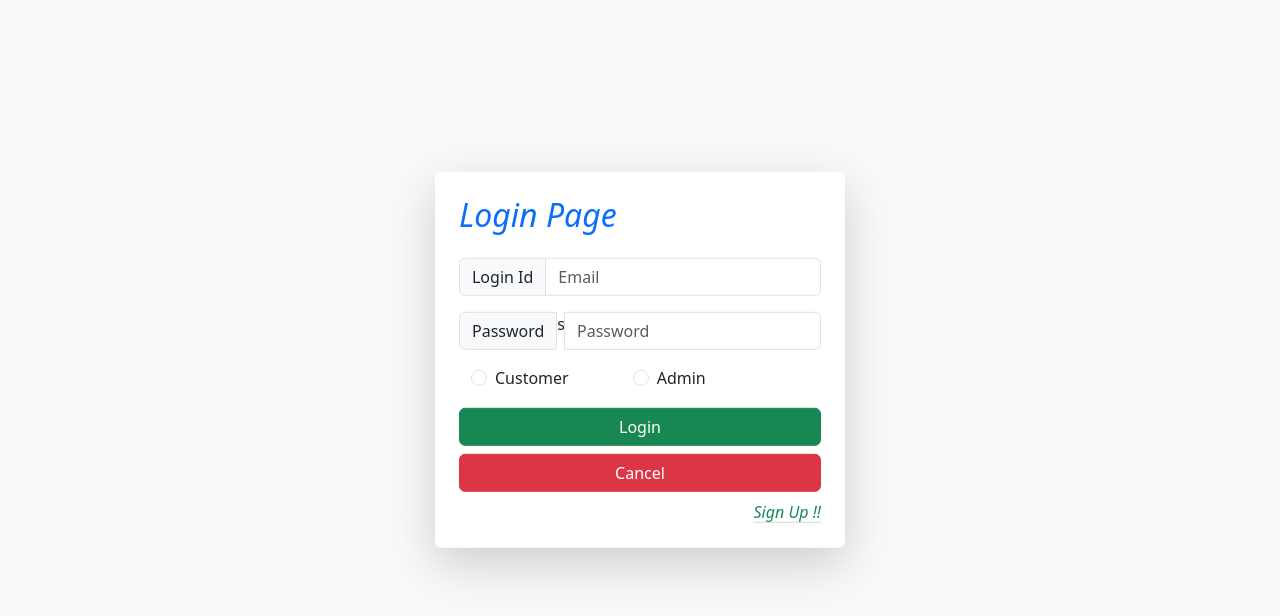
Repository: Niket-mishra/Dummy
Page: http://localhost/Mini-Project/Login.jsp
The author's editor kept a copy of each file at every save. The page is drawn from the files as they stood at one save, then again after the next save.
The browser window is 1280 px wide. The pictures show the whole page.
The page is served by Tomcat 10.

Above is the page before, as saved 2024-05-07 18:32:22.

After the next save:
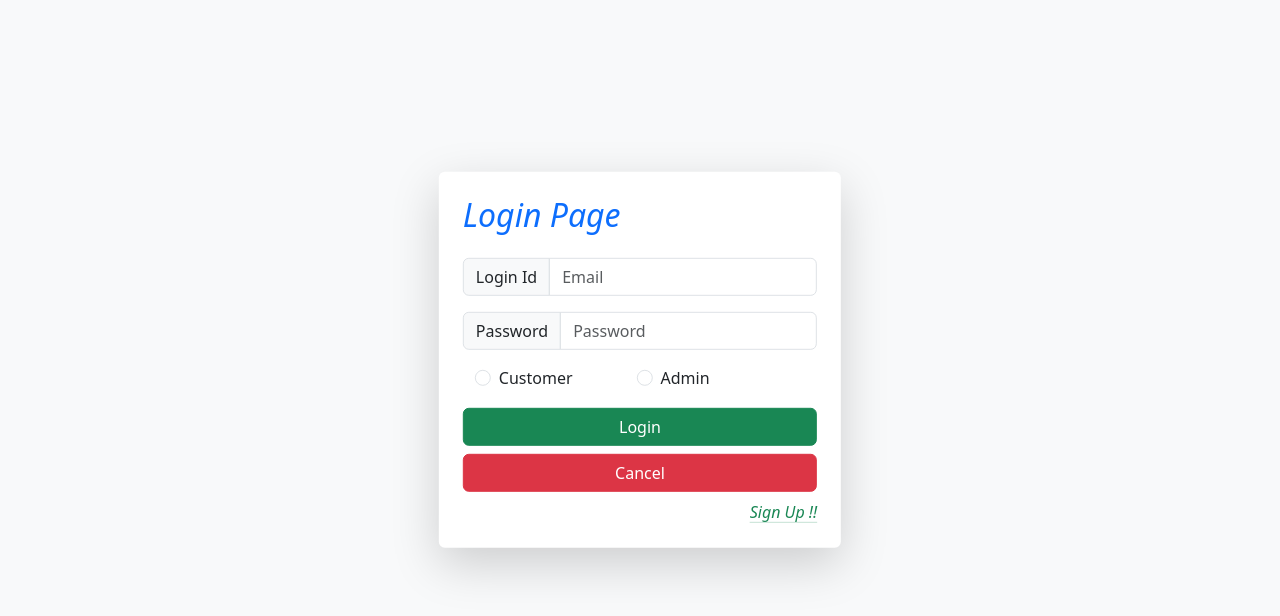
Saved 17 min 25 s later.
--- a/Mini-Project/src/main/webapp/Login.jsp
+++ b/Mini-Project/src/main/webapp/Login.jsp
@@ -18,7 +18,7 @@
 </div>
 
 <div class="input-group mb-3">
-  <span class="input-group-text">Password</span>s
+  <span class="input-group-text">Password</span>
   <input type="password" aria-label="password" class="form-control" placeholder="Password" name="password" required>
 </div>
 <div class = "row g-2 mb-3">
